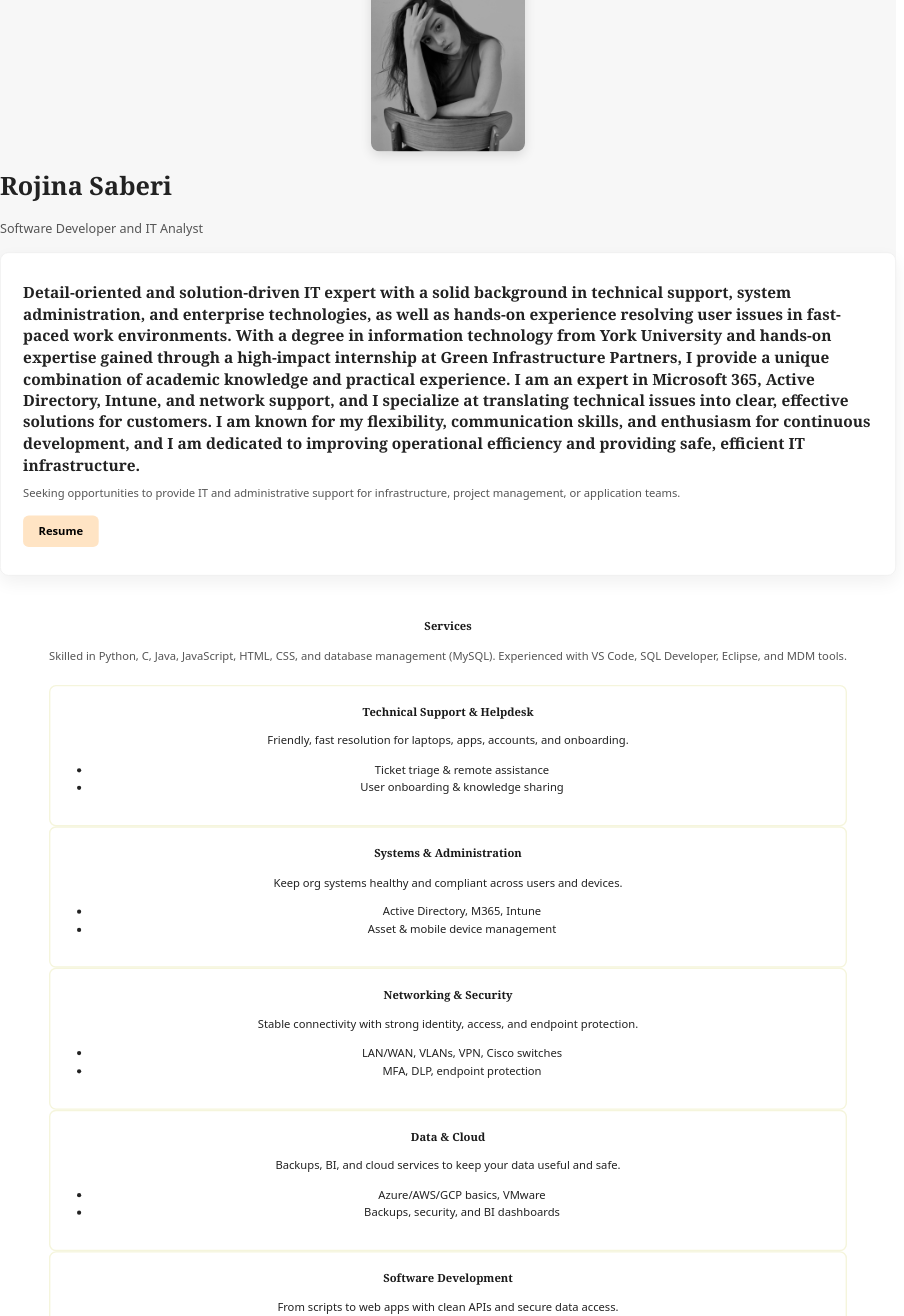
Repository: rozhinasaberi/MyPortfolio
Page: / (app in client/)
An editor plug-in stored every save of this project. The page is shown before and after the next save, followed by the edit.
The browser window is 1280 px wide. The page is 1292 px wide, then 1280 px, so the pictures cover 1292 px, including what lies to the right of the window. The pictures show the part of the page from y = 789 to 2669 px (the page is 7887 px tall before and 5401 px after), at 70% of full size.
The project was rebuilt for these pictures with package versions that can differ from the ones it lists, and the page was loaded fresh each time.

Above is the page before, as saved 2025-09-17 06:39:03.

### client/index.html
<!doctype html>
<html lang="en">
  <head>
    <meta charset="UTF-8" />
    <link rel="icon" type="image/svg+xml" href="/vite.svg" />
    <meta name="viewport" content="width=device-width, initial-scale=1.0" />
    <title>Vite + React</title>
  </head>
  <body>
    <div id="root"></div>
    <script type="module" src="/src/main.jsx"></script>
    <script src="https://cdn.jsdelivr.net/npm/bootstrap@5.2.3/dist/js/bootstrap.bundle.min.js" crossorigin="anonymous"></script>

  </body>
</html>

### client/src/main.jsx
import React from "react";
import ReactDOM from "react-dom/client";
import App from "./App.jsx";
import "./App.css"; // ✅ make sure CSS is loaded

ReactDOM.createRoot(document.getElementById("root")).render(
  <React.StrictMode>
    <App />
  </React.StrictMode>
);

### client/src/App.jsx
import React from "react";
import logo from "./assets/logo.png";
import photo from "./assets/photo.jpg";
import "./App.css";
import shop from "./assets/shop.png";
import bloodbank from "./assets/bloodbank.png";
import price from "./assets/price.png";


export default function App() {
  return (
    <>
      {/* ===== Navbar ===== */}
      <header id="header" className="fixed-top">
        <nav className="navbar container">
          {/* Logo */}
          <a href="#home" className="navbar-brand d-flex align-items-center gap-2">
            <img src="src/assets/logo.png" alt="Rojina Logo" style={{ height: 40 }} />
            <span className="brand-text"></span>
          </a>

          <ul className="nav ms-auto">
            <li className="nav-item"><a className="nav-link" href="#home">Home</a></li>
            <li className="nav-item"><a className="nav-link" href="#about">About Me</a></li>
            <li className="nav-item"><a className="nav-link" href="#services">Services</a></li>
            <li className="nav-item"><a className="nav-link" href="#projects">Projects</a></li>
            <li className="nav-item"><a className="nav-link" href="#form">Contact</a></li>
          </ul>
        </nav>
      </header>

      {/* ===== Hero Section ===== */}
      <section id="home" className="home">
        <div className="container h-100">
          <div className="row h-100 hero-row">
            {/* Photo Left */}
            <div className="container">
    <h1>Welcome to My Portfolio</h1>
    <p className="lead">
      Hi, I’m <strong>Rojina Saberi</strong>. I want to contribute my abilities to a forward thinking firm that values innovation, cooperation, and growth.
    </p>
    <p className="mission"> My mission is to leverage technology to create impactful, efficient, and meaningful digital experiences.

    </p>
    <a href="#about" className="btn btn-visitpage">
      Learn More About Me
    </a>
  </div>
          </div>
        </div>
      </section>
      <section id="home" className="home-section text-center">

</section>

{/* ABOUT Section */}
<section id="about" className="aboutsection about-stack">
  <div className="container">
    <div className="about-stack-inner">
      {/* Photo TOP */}
      <img src="src/assets/photo.jpg" alt="Rojina" className="hero-photo" />

      {/* Name */}
      <h1 className="hero-title">Rojina Saberi</h1>

      {/* Short subtitle */}
      <p className="hero-subtitle">Software Developer and IT Analyst</p>

      {/* Socials */}
      <div className="list-social">
        <a href="#"><i className="bi bi-facebook"></i></a>
        <a href="#"><i className="bi bi-twitter"></i></a>
        <a href="https://www.linkedin.com/in/rojinasaberi/"><i className="bi bi-linkedin"></i></a>
      </div>
    </div>

    {/* About container below profile */}
    <div className="about-container">
      <h2>
      Detail-oriented and solution-driven IT expert with a solid background in technical support, system administration, and enterprise
technologies, as well as hands-on experience resolving user issues in fast-paced work environments. With a degree in information
technology from York University and hands-on expertise gained through a high-impact internship at Green Infrastructure
Partners, I provide a unique combination of academic knowledge and practical experience. I am an expert in Microsoft 365,
Active Directory, Intune, and network support, and I specialize at translating technical issues into clear, effective solutions for
customers. I am known for my flexibility, communication skills, and enthusiasm for continuous development, and I am dedicated
to improving operational efficiency and providing safe, efficient IT infrastructure.
      </h2>
      <p>
        Seeking opportunities to provide IT and administrative support for infrastructure,
        project management, or application teams.
      </p>
      <a href="src/assets/Rojina-Saberi.pdf (1).pdf" className="btn-visitpage">Resume</a>
    </div>
  </div>
</section>



      {/* ===== Skills Section ===== */}
      <section id="services" className="Servicesection">
        <div className="container text-center">
          <h4 className="h4-heading">Services</h4>
          <p className="p-heading">
            Skilled in Python, C, Java, JavaScript, HTML, CSS, and database management (MySQL).
            Experienced with VS Code, SQL Developer, Eclipse, and MDM tools.
          </p>

          <div className="row g-3">
            <div className="col-md-3"><div className="text-box"><h4>Technical Support & Helpdesk</h4><p>Friendly, fast resolution for laptops, apps, accounts, and onboarding.</p>
          <ul>
            <li>Ticket triage & remote assistance</li>
            <li>User onboarding & knowledge sharing</li>
          </ul></div></div>
            <div className="col-md-3"><div className="text-box"><h4>Systems & Administration</h4> <p>Keep org systems healthy and compliant across users and devices.</p>
          <ul>
            <li>Active Directory, M365, Intune</li>
            <li>Asset & mobile device management</li>
          </ul></div></div>
            <div className="col-md-3"><div className="text-box"><h4>Networking & Security</h4><p>Stable connectivity with strong identity, access, and endpoint protection.</p>
          <ul>
            <li>LAN/WAN, VLANs, VPN, Cisco switches</li>
            <li>MFA, DLP, endpoint protection</li>
          </ul></div></div>
            <div className="col-md-3"><div className="text-box"><h4>Data & Cloud </h4><p>Backups, BI, and cloud services to keep your data useful and safe.</p>
          <ul>
            <li>Azure/AWS/GCP basics, VMware</li>
            <li>Backups, security, and BI dashboards</li>
          </ul></div></div>
          <div className="col-md-3"><div className="text-box"><h4>Software Development</h4><p>From scripts to web apps with clean APIs and secure data access.</p>
          <ul>
            <li>Python, Java, JavaScript (React/Node)</li>
            <li>MySQL/Oracle/MongoDB, REST APIs</li>
          </ul></div></div>
          <div className="col-md-3"><div className="text-box"><h4>Networking & Security</h4><p>Stable connectivity with strong identity, access, and endpoint protection.</p>
          <ul>
            <li>LAN/WAN, VLANs, VPN, Cisco switches</li>
            <li>MFA, DLP, endpoint protection</li>
          </ul></div></div>
          <div className="col-md-3"><div className="text-box"><h4>Documentation & Process</h4><p>Clear docs and Agile habits so teams move quickly and consistently.</p>
          <ul>
            <li>Runbooks, SOPs, A/B fixes & retros</li>
            <li>JIRA, ServiceNow, Notion, MS Project</li>
          </ul></div></div>

          </div>
        </div>
      </section>

      {/* ===== Projects Section ===== */}
      <section id="projects" className="Projectsection">
  <div className="container">
    <h2 className="h2-heading">Delivered Projects</h2>
    <p className="p-heading">Here are some of the projects I’ve worked on, with my role and the outcomes.</p>

    <div className="row g-4">
      {/* Project 1 */}
      <div className="col-lg-4 col-md-6">
        <div className="card project-card">
          <img src={shop} className="card-img-top" alt="Sticker Shop" />
          <div className="card-body">
            <h5 className="card-title">Online Shop for Emily's Stickers</h5>
            <p className="card-text">
              <strong>My Role:</strong> Designed and coded the frontend using HTML/CSS.
              <br />
              <strong>Outcome:</strong> Delivered a fully functional static site for product browsing.
            </p>
            <a href="https://rozhinasaberi.github.io/ITEC3020a1/" className="btn btn-visitpage">Visit Shop</a>
          </div>
        </div>
      </div>

      {/* Project 2 */}
      <div className="col-lg-4 col-md-6">
        <div className="card project-card">
          <img src={bloodbank} className="card-img-top" alt="Blood Bank" />
          <div className="card-body">
            <h5 className="card-title">Blood Bank Management System</h5>
            <p className="card-text">
              <strong>My Role:</strong> Gathered requirements, created UML diagrams, and managed Agile sprints.
              <br />
              <strong>Outcome:</strong> Produced system documentation and functional specifications.
            </p>
            <a href="src/assets/Project_07_Full Plan_WomenInTech.docx.pdf" className="btn btn-visitpage">Download Project</a>
          </div>
        </div>
      </div>

      {/* Project 3 */}
      <div className="col-lg-4 col-md-6">
        <div className="card project-card">
          <img src={price} className="card-img-top" alt="McDonald's Data Analysis" />
          <div className="card-body">
            <h5 className="card-title">Consumer Preferences & Pricing Strategies</h5>
            <p className="card-text">
              <strong>My Role:</strong> Data cleaning, clustering, and Python UI design.
              <br />
              <strong>Outcome:</strong> Delivered insights on pricing strategies using classification models.
            </p>
            <a href="src/assets/ITEC 4230 Report.pdf" className="btn btn-visitpage">Download Report</a>
          </div>
        </div>
      </div>
    </div>
  </div>
</section>


      {/* ===== Contact Section ===== */}
      <section id="form">
        <div className="container">
          <h2 className="text-center mb-4">Let’s be in touch!</h2>
          <form onSubmit={(e) => e.preventDefault()} className="mx-auto" style={{ maxWidth: 720 }}>
            <div className="mb-3">
              <label htmlFor="fname" className="form-label">First Name</label>
              <input type="text" className="form-control" id="fname" placeholder="Your name.." />
            </div>
            <div className="mb-3">
              <label htmlFor="lname" className="form-label">Last Name</label>
              <input type="text" className="form-control" id="lname" placeholder="Your last name.." />
            </div>
            <div className="mb-3">
              <label htmlFor="country" className="form-label">Country</label>
              <select id="country" className="form-select" defaultValue="canada">
                <option value="canada">Canada</option>
                <option value="uk">UK</option>
                <option value="usa">USA</option>
              </select>
            </div>
            <div className="mb-3">
              <label htmlFor="subject" className="form-label">Message</label>
              <textarea id="subject" className="form-control" placeholder="Write something.." rows="5"></textarea>
            </div>
            <button type="submit" className="btn btn-visitpage">Send</button>
          </form>
        </div>
      </section>
    </>
  );
}

### client/src/App.css

:root {
  --header-h: 70px;
  --accent: bisque;
  --text: #222;
  --muted: #555;
  --bg: #fff;
  --bg-soft: #f7f7f7;
  --bg-alt: #fafafa;
}

* { box-sizing: border-box; }
html, body { height: 100%; }

body {
  margin: 0;
  font-family: "Poppins", system-ui, -apple-system, Segoe UI, Roboto, Arial, sans-serif;
  color: var(--text);
  background: var(--bg);
  line-height: 1.6;
  padding-top: var(--header-h);
}

h1, h2, h3, h4 {
  font-family: "Playfair Display", Georgia, serif;
  color: #1a1a1a;
  margin: 0 0 .5rem 0;
}



 /* Header and Navbar*/
#header {
  position: fixed;
  top: 0; left: 0; right: 0;
  height: var(--header-h);
  background: var(--accent);
  display: flex;
  align-items: center;
  z-index: 1000;
  box-shadow: 0 2px 8px rgba(0,0,0,.08);
}

.logo img {
  max-height: 40px; }

.navbar ul {

  margin: 0; padding: 0;
  list-style: none;
  display: flex; align-items: center; gap: 18px;
}

.navbar a, .nav-link {

  margin-left: 20px;
  text-decoration: none;
  font-size: 14px;
  font-weight: 600;
  color: #444 !important;
  transition: color .2s ease;
}
.navbar a:hover { color: #000 !important; }

/*  Home and headshot */
.home {

  display: flex;
  min-height: 100vh;
  align-items: center;
  justify-content: center;


}
.home-section {
  background: #fafafa;
  margin-top: -100px;

}

.home-section h1 {
  font-size: 36px;
  margin-bottom: 16px;
  color: #222;
}

.home-section .lead {
  font-size: 18px;
  color: #555;
  margin-bottom: 20px;
}

.home-section .mission {
  font-size: 16px;
  font-style: italic;
  color: #444;
  margin-bottom: 30px;
}

.home-section .btn-visitpage {
  background: bisque;
  border-radius: 8px;
  padding: 12px 24px;
  font-weight: bold;
}
 /* headshot */
.hero-photo {
  max-width: 220px;
  width: 100%;
  height: auto;
  border-radius: 12px;
  margin: 20px auto;
  display: block;
  object-fit: cover;
  box-shadow: 0 6px 16px rgba(0,0,0,.12);
}


.hero-title {
  font-size: clamp(28px, 4vw, 36px);
  font-weight: 700;
  color: #222;
  margin-bottom: 8px;
}
.hero-subtitle {
  font-size: 18px;
  color: #555;
  margin-bottom: 20px;
}


.list-social { display: flex; gap: 14px; }
.list-social a {
  font-size: 20px;
  color: #333 !important;
  text-decoration: none;
}
.list-social a:hover { color: #000 !important; }

/*  About  */
.aboutsection {
  background: var(--bg-soft);
  min-height: 100vh;
  display: flex;
  align-items: center;
  justify-content: center;
  padding: 60px 0;
  margin-top: -140px;

}

.about-container {
  background: #fff;
  border-radius: 12px;
  border: 1px solid #eee;
  box-shadow: 0 10px 24px rgba(0,0,0,.06);
  padding: 40px 32px;
  text-align: left;
}

.about-container h2 {
  font-size: clamp(18px, 2.5vw, 22px);
  color: #222;
  margin-bottom: 12px;
  line-height: 1.4;
}
.about-container p {
  margin: 0 0 18px 0;
  color: var(--muted);
  line-height: 1.7;
}



/* Button */
.btn-visitpage {
  display: inline-block;
  background: var(--accent);
  border: none;
  color: #000;
  font-weight: 600;
  padding: 10px 22px;
  border-radius: 8px;
  text-decoration: none;
  transition: background .2s ease, transform .05s ease;
}
.btn-visitpage:hover { background: #e6cfa9; }
.btn-visitpage:active { transform: scale(.98); }

/* Services */
.Servicesection {

  background: #fff;
  padding: 80px 0;
  min-height: 100vh;
  display: flex;
  align-items: center;
  justify-content: center;
  margin-top: -80px;

}
.Servicesection .h4-heading {
  text-align: center;
  margin-bottom: 8px;
}
.Servicesection .p-heading {
  text-align: center;
  margin-bottom: 28px;
  color: var(--muted);
}
.text-box {
  padding: 24px 16px;
  border: 2px solid beige;
  border-radius: 10px;
  background: #fff;
  text-align: center;
  height: 100%;
}

/* Projects */

 .Projectsection {

  justify-content: center;
  background: #fafafa;


}

.Projectsection .row {
  margin: 0 -12px;
}

.Projectsection .col-lg-4, .Projectsection .col-md-6 {
  padding: 0 12px;
  margin-bottom: 24px;

}

.project-card {
  border: none;
  border-radius: 12px;
  overflow: hidden;
  background: #fff;
  box-shadow: 0 6px 16px rgba(0,0,0,.08);
  transition: transform .2s ease, box-shadow .2s ease;

}

.project-card:hover {
  transform: translateY(-5px);
  box-shadow: 0 10px 22px rgba(0,0,0,.12);
}



#Project .card-img-top {
max-width: 220px !important;
max-height: 220px !important;
width: auto !important;
height: auto !important;
object-fit: contain;
display: block;
margin: 10px auto;
padding: 4px;
background: #fff;
}



.project-card .card-body {
  padding: 20px;
  text-align: left;

}

.project-card .card-title {
  font-size: 18px;
  font-weight: 600;
  margin-bottom: 10px;
}

.project-card .card-text {
  font-size: 14px;
  color: #555;
  margin-bottom: 16px;
}

.project-card .btn-visitpage {
  background: bisque;
  border: none;
  padding: 8px 16px;
  font-size: 14px;
  border-radius: 6px;
  font-weight: 600;
  transition: background .2s ease;
}

.project-card .btn-visitpage:hover {
  background: #e6cfa9;
}


/*  Contact Form */
#form {
  background: #f7f7f7;
  padding: 80px 0;
  min-height: 100vh;
  display: flex;
  align-items: center;
  justify-content: center;
  margin-top: -80px;

}

#form .container {
  max-width: 900px;
  background: #fff;
  border-radius: 14px;
  border: 1px solid #eee;
  box-shadow: 0 8px 20px rgba(0,0,0,.06);
  padding:  100px;
}
#form .row {
  display: flex;
  flex-direction: column;
  gap: 16px;
}

#form .item-form,
#form .subject-form {
  width: 100%;
  margin: 0;
}

#form input[type="text"],
#form select,
#form textarea {
  width: 100%;
  display: block;
}
#form h2 {
  font-family: "Playfair Display", Georgia, serif;
  font-size: clamp(22px, 3vw, 32px);
  text-align: center;
  margin-bottom: 20px;
  color: #222;
}

#form p {
  text-align: center;
  color: #666;
  margin-bottom: 30px;
}

#form .form-label {
  font-weight: 600;
  margin-bottom: 6px;
  color: #2b2b2b;
}

#form .form-control,
#form .form-select,
#form textarea {
  border: 1px solid #ccc;
  border-radius: 8px;
  padding: 12px;
  font-size: 14px;
  transition: border-color .2s ease, box-shadow .2s ease;
}

#form .form-control:focus,
#form .form-select:focus,
#form .textarea:focus {
  outline: none;
  border-color: #c9a873;
  box-shadow: 0 0 0 4px rgba(201,168,115,.15);
}

#form .contact-actions {
  margin-top: 20px;
  text-align: right;
}

#form .btn-visitpage {
  background: bisque;
  color: #000;
  font-weight: 600;
  border-radius: 8px;
  padding: 10px 22px;
  transition: background .2s ease, transform .05s ease;
}

#form .btn-visitpage:hover {
  background: #e6cfa9;
}
#form .btn-visitpage:active {
  transform: scale(.98);
}

After the next save:
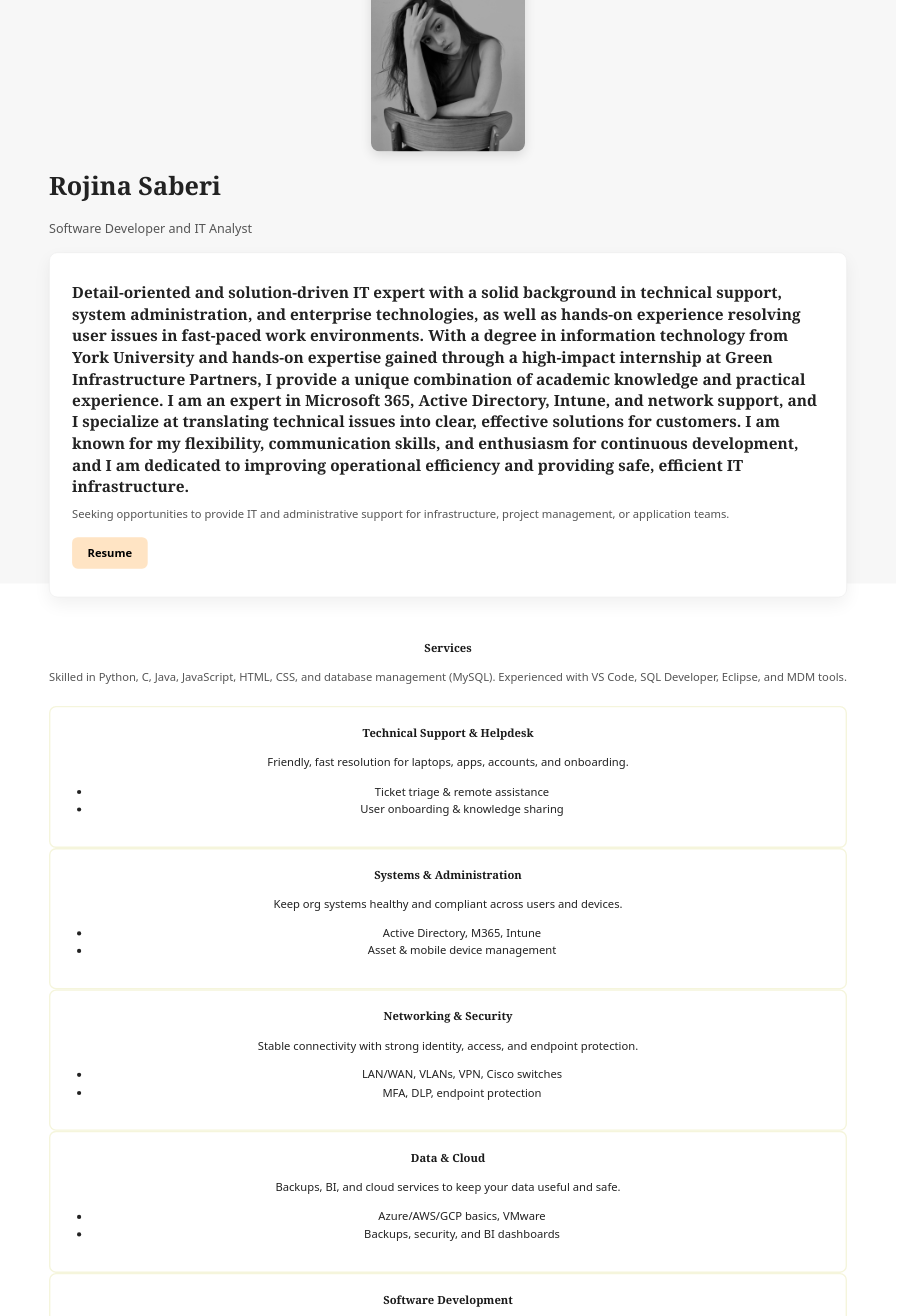
Saved 45 s later.
--- a/client/src/App.css
+++ b/client/src/App.css
@@ -27,7 +27,7 @@ h1, h2, h3, h4 {
   margin: 0 0 .5rem 0;
 }
 
-
+.container { max-width: 1140px; }
 
  /* Header and Navbar*/
 #header {
@@ -150,6 +150,9 @@ h1, h2, h3, h4 {
 }
 
 .about-container {
+  align-items: center;
+  justify-content: center;
+
   background: #fff;
   border-radius: 12px;
   border: 1px solid #eee;
@@ -220,10 +223,11 @@ h1, h2, h3, h4 {
 /* Projects */
 
  .Projectsection {
-
+  display: flex;
+  align-items: center;
   justify-content: center;
   background: #fafafa;
-
+  margin-left: 25px;
 
 }
 
@@ -234,7 +238,7 @@ h1, h2, h3, h4 {
 .Projectsection .col-lg-4, .Projectsection .col-md-6 {
   padding: 0 12px;
   margin-bottom: 24px;
-
+  margin-left: 25px;
 }
 
 .project-card {
@@ -253,7 +257,7 @@ h1, h2, h3, h4 {
 }
 
 
-
+.Projectsection .card-img-top,
 #Project .card-img-top {
 max-width: 220px !important;
 max-height: 220px !important;
@@ -371,7 +375,7 @@ background: #fff;
 
 #form .form-control:focus,
 #form .form-select:focus,
-#form .textarea:focus {
+#form .form-select:focus {
   outline: none;
   border-color: #c9a873;
   box-shadow: 0 0 0 4px rgba(201,168,115,.15);
